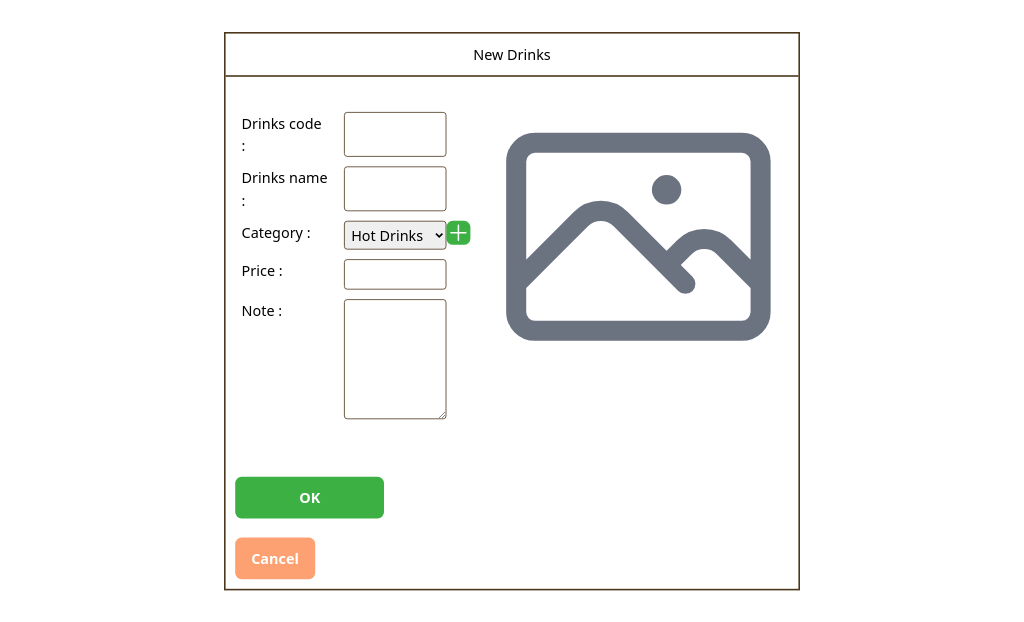
Repository: Dapravith/Midterm-SE-GIC-Cafe-Project-Group16
Page: bin/main/templates/addDrink.html
The author's editor kept a copy of each file at every save. The page is drawn from the files as they stood at one save, then again after the next save.
The browser window is 1280 px wide. The pictures show the whole page, at 80% of full size.
Some web libraries are served in a nearby version.

Above is the page before, as saved 2023-05-17 08:30:46.

### bin/main/templates/addDrink.html
<!DOCTYPE html>
<html lang="en">

<head>
    <meta charset="UTF-8">
    <meta http-equiv="X-UA-Compatible" content="IE=edge">
    <meta name="viewport" content="width=device-width, initial-scale=1.0">
    <title>Add New Drink</title>
    <script src="https://cdn.tailwindcss.com"></script>
    <style>
        * {
            margin: 0;
            padding: 0;
            box-sizing: border-box;
        }

        button:hover {
            box-shadow: 0 12px 16px 0 rgba(228, 209, 209, 0.24), 0 17px 50px 0 rgba(90, 81, 81, 0.19);
        }
    </style>
</head>

<body class="m-10 text-lg">
    <!-- CRUD PRODUCTS -->
    <div class="new_drink w-[60%] h-fit m-auto  border-[2px] border-solid border-[#4B371C] ">
        <div class="p-3 head">
            <h2 class="text-center">New Drinks</h2>
        </div>
        <div class="w-[100%] border-[1px] border-solid border-[#4B371C]"></div>
        <div class="flex">
            <div class="add_drink w-[60%]">
                <div class="py-3 ">
                    <form action="#" class="p-5 ">
                        <div class="grid grid-cols-2 mt-3">
                            <label class="mr-5" for="dcode">Drinks code :</label>
                            <input type="text" id="dcode" name="" class="p-1 border-[1px] border-solid border-[#4B371C] rounded" placeholder="">
                        </div>
                        <div class="grid grid-cols-2 mt-3">
                            <label class="mr-5" for="dname">Drinks name :</label>
                            <input type="text" id="dname" name="" class="p-1 border-[1px] border-solid border-[#4B371C] rounded" placeholder="">
                        </div>
                        <div class="grid grid-cols-2 mt-3">
                            <label class="mr-5" for="category">Category :</label>
                            <div class="flex justify-between">
                                <select type="add-item" id="category" name="" class="p-1 border-[1px] border-solid border-[#4B371C] rounded" placeholder="">
                                    <option value="1">Hot Drinks</option >
                                    <option value="2" >Cool Drinks</option >
                                    <option value="3" >Frappe</option >
                                    <option value="4" >Milk Tea</option >
                                </select>
                                <button id="add_category" class=" w-fit h-fit bg-[#3CB043] text-center text-white font-bold cursor-pointer duration-100 rounded-lg">
                                    <svg xmlns="http://www.w3.org/2000/svg" fill="none" viewBox="0 0 24 24" stroke-width="1.5" stroke="currentColor" class="w-[30px] h-[30px] " onclick="showPopup()">
                                        <path stroke-linecap="round" stroke-linejoin="round" d="M12 4.5v15m7.5-7.5h-15" />
                                    </svg>
                                </button>

                            </div>

                        </div>

                        <div class="grid grid-cols-2 mt-3">
                            <label class="mr-5" for="price">Price :</label>
                            <input name="" min="0" type="number" id="price" class="p-1 border-[1px] border-solid border-[#4B371C] rounded" placeholder="">
                        </div>
                        <div class="grid grid-cols-2 mt-3">
                            <label class="mr-5" for="note">Note :</label>
                            <textarea id="note" cols="50" rows="5" name="" class="p-1 w-full border-[1px] border-solid border-[#4B371C] rounded resize-x"> </textarea>
                        </div>
                    </form>
                </div>
                <br />
                <div>
                    <button class=" py-3 bg-[#3CB043] text-center text-white font-bold px-20 m-3 inline-block cursor-pointer duration-100 rounded-lg">OK</button>
                    <button class=" py-3 px-5 bg-[#FDA172] text-center text-white  font-bold p-3 m-3 inline-block cursor-pointer duration-100 rounded-lg">Cancel</button>
                </div>
            </div>
            <!-- images -->
            <div class="ml-5 img">
                <form action="#">
                    <input id="file-input" type="file" name="file" hidden accept="image/*">
                    <label for="file-input" class="cursor-pointer">
                        <div id="image-preview" class="w-[400px] h-fit p-3 border-[#4B371C]">
                            <svg xmlns="http://www.w3.org/2000/svg" fill="none" viewBox="0 0 24 24" stroke-width="1.6" stroke="currentColor" class="w-full h-full text-gray-500">
                                <path stroke-linecap="round" stroke-linejoin="round" d="M2.25 15.75l5.159-5.159a2.25 2.25 0 013.182 0l5.159 5.159m-1.5-1.5l1.409-1.409a2.25 2.25 0 013.182 0l2.909 2.909m-18 3.75h16.5a1.5 1.5 0 001.5-1.5V6a1.5 1.5 0 00-1.5-1.5H3.75A1.5 1.5 0 002.25 6v12a1.5 1.5 0 001.5 1.5zm10.5-11.25h.008v.008h-.008V8.25zm.375 0a.375.375 0 11-.75 0 .375.375 0 01.75 0z" />
                            </svg>
                        </div>
                    </label>
                </form>
            </div>
        </div>
    </div>
    </div>
    </div>
    </div>
    <!-- ADD NEW CATEGORY -->
    <div class="popup w-[100vw] h-[100vh] absolute top-[0] left-[0] bg-[#f1f1f199] hidden z-[100]">
        <main class="w-[20rem] absolute top-[50%] left-[50%] translate-x-[-50%] translate-y-[-50%]">
            <div class="none w-full h-fit m-auto  border-[2px] border-solid border-[#4B371C]">
                <div class="p-3 head">
                    <h2>New Category</h2>
                </div>
                <div class="w-[100%] border-[1px] border-solid border-[#4B371C]"></div>
                <div class="">
                    <form action="#" class="p-3 add_category">
                        <div class="grid grid-cols-2 mt-3">
                            <label for="gcode">Category code :</label>
                            <input type="text" id="dcode" name="" class="category_code border-[1px] border-solid border-[#4B371C] rounded" placeholder="" required>
                        </div>
                        <div class="grid grid-cols-2 mt-3">
                            <label for="gname">Category name :</label>
                            <input type="text" id="gname" name="" class="category_name border-[1px] border-solid border-[#4B371C] rounded" placeholder="" required>
                        </div>
                        <br />
                        <div class="flex">
                            <input id="okay" type="submit" value="OK" class=" py-3 bg-[#3CB043] text-center font-bold text-white px-16 in m-3 p-3 line-block cursor-pointer duration-100 rounded-lg">
                            <button class="cancel py-3 px-5 bg-[#FDA172] text-center font-bold text-white p-3 m-3 inline-block cursor-pointer duration-100 rounded-lg">Cancel</button>
                        </div>
                    </form>
                </div>
            </div>
        </main>

    </div>
    <script>
        const addNewCat = document.getElementById("add_category");
        const popup = document.querySelector(".popup");
        const form_add_category = document.querySelector(".add_category");
        const imagePreview = document.getElementById("image-preview");
        const fileInput = document.getElementById("file-input");

        addNewCat.addEventListener("click", showPopup);

        function showPopup() {
            popup.classList.remove("hidden");
        }

        form_add_category.addEventListener("submit", () => {
            clear();
            popup.classList.add("hidden");
        });

        document.querySelector(".cancel").addEventListener("click", () => {
            clear();
            popup.classList.add("hidden");
        });

        popup.addEventListener("click", (e) => {
            const target = e.target;

            if (target.classList.contains("popup")) {
                clear();
                popup.classList.add("hidden");
            }
        });

        function readImage(input) {
            if (input.files && input.files[0]) {
                const reader = new FileReader();

                reader.onload = function(e) {
                    const fileName = input.files[0].name;

                    imagePreview.innerHTML = `
                  <div class="image-container">
                    <img src="${e.target.result}" alt="Category Image">
                    <p class="image-name">${fileName}</p>
                    <button class="flex inline-flex items-center px-4 py-2 text-sm font-medium text-white bg-red-700 rounded-md item-center hover:bg-red-900">
                        <svg xmlns="http://www.w3.org/2000/svg" class="w-5 h-5 mr-2" fill="none" viewBox="0 0 24 24" stroke="currentColor">
                          <path stroke-linecap="round" stroke-linejoin="round" stroke-width="2" d="M19 7l-.867 12.142A2 2 0 0116.138 21H7.862a2 2 0 01-1.995-1.858L5 7m5 4v6m4-6v6m1-10V4a1 1 0 00-1-1h-4a1 1 0 00-1 1v3M4 7h16" />
                        </svg>

                        Delete
                      </button>
                  </div>
                `;

                    const deleteButton = imagePreview.querySelector(".delete-image");
                    deleteButton.addEventListener("click", () => {
                        clearImagePreview();
                    });
                };

                reader.readAsDataURL(input.files[0]);
            }
        }



        fileInput.addEventListener("change", function() {
            readImage(this);
        });

        function clear() {
            document.getElementById("dcode").value = "";
            document.getElementById("gname").value = "";
            fileInput.value = "";
            clearImagePreview();
        }

        function clearImagePreview() {
            const imageContainer = document.querySelector(".image-container");
            if (imageContainer) {
                imageContainer.remove();
            }
        }
    </script>
</body>

</html>

After the next save:
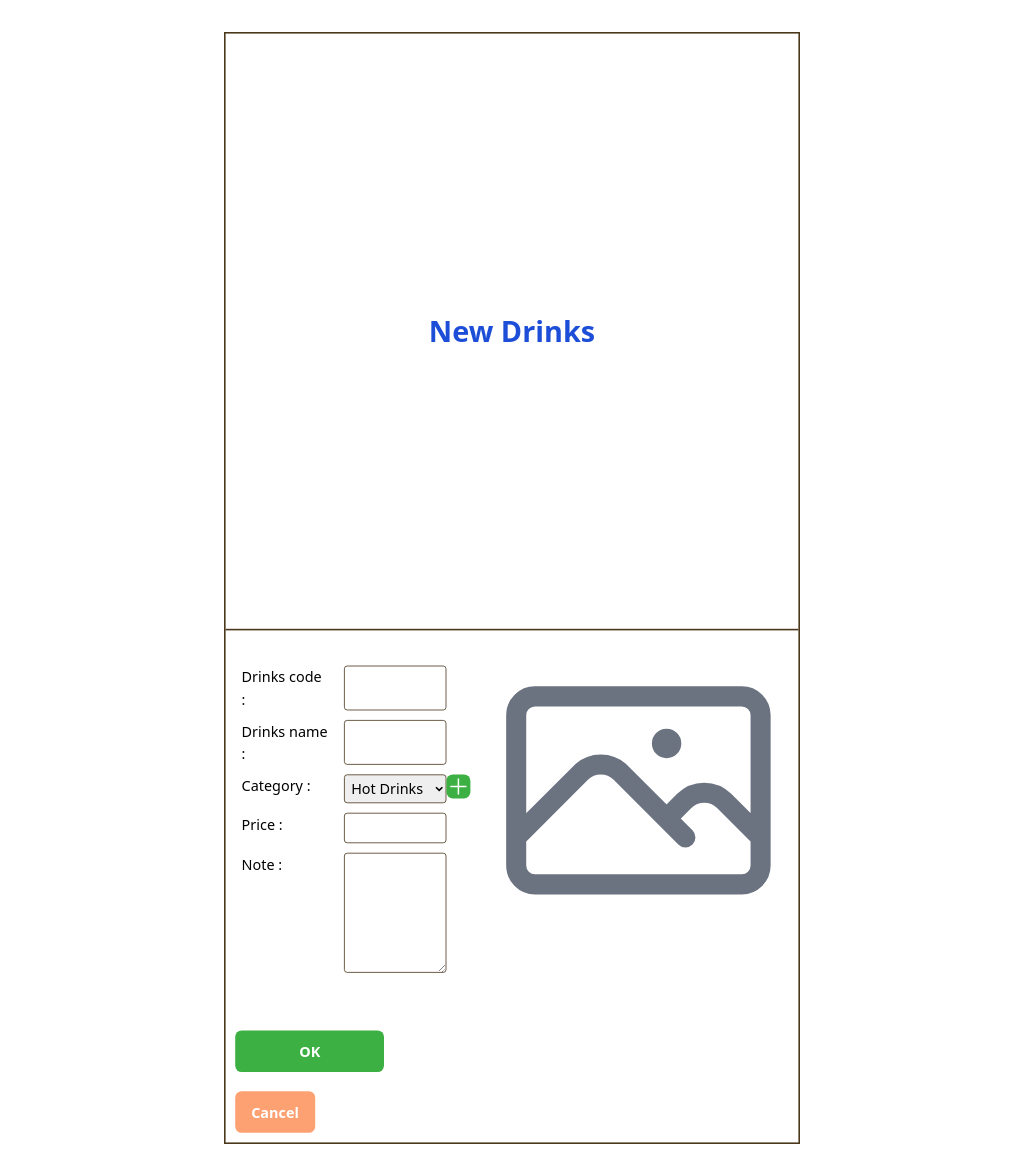
Saved 96 s later.
--- a/bin/main/templates/addDrink.html
+++ b/bin/main/templates/addDrink.html
@@ -24,7 +24,9 @@
     <!-- CRUD PRODUCTS -->
     <div class="new_drink w-[60%] h-fit m-auto  border-[2px] border-solid border-[#4B371C] ">
         <div class="p-3 head">
-            <h2 class="text-center">New Drinks</h2>
+            <div class="flex items-center justify-center h-screen">
+                <h2 class="text-4xl font-bold text-center text-blue-700">New Drinks</h2>
+            </div>
         </div>
         <div class="w-[100%] border-[1px] border-solid border-[#4B371C]"></div>
         <div class="flex">
